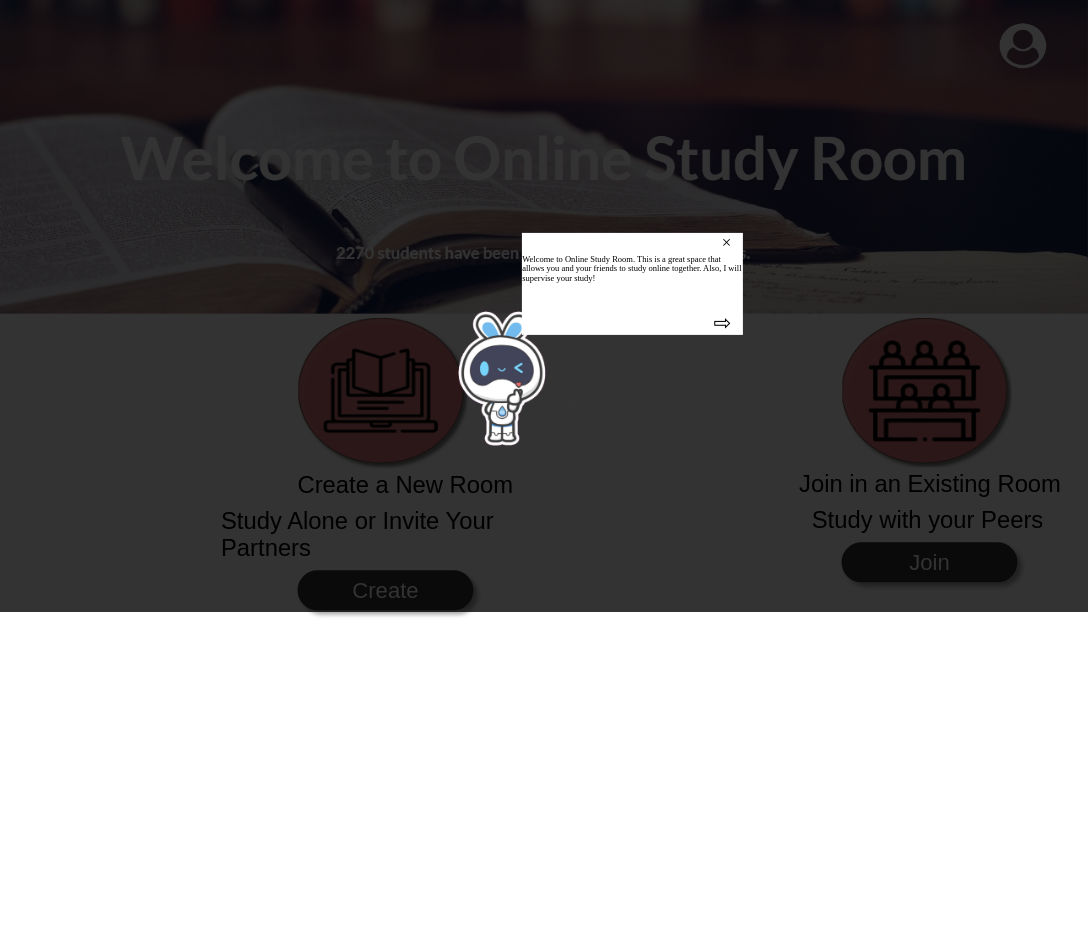
Repository: Team-Extrememe/Online-Study-Room
Page: home.html
An editor plug-in stored every save of this project. The page is shown before and after a run of saves, followed by the edit.
The browser window is 1280 px wide. The pictures show the whole page, at 85% of full size.

Above is the page before, as saved 2021-10-06 13:45:26.
Console error: TypeError: Cannot set properties of null (setting 'onclick')

After the next 2 saves:
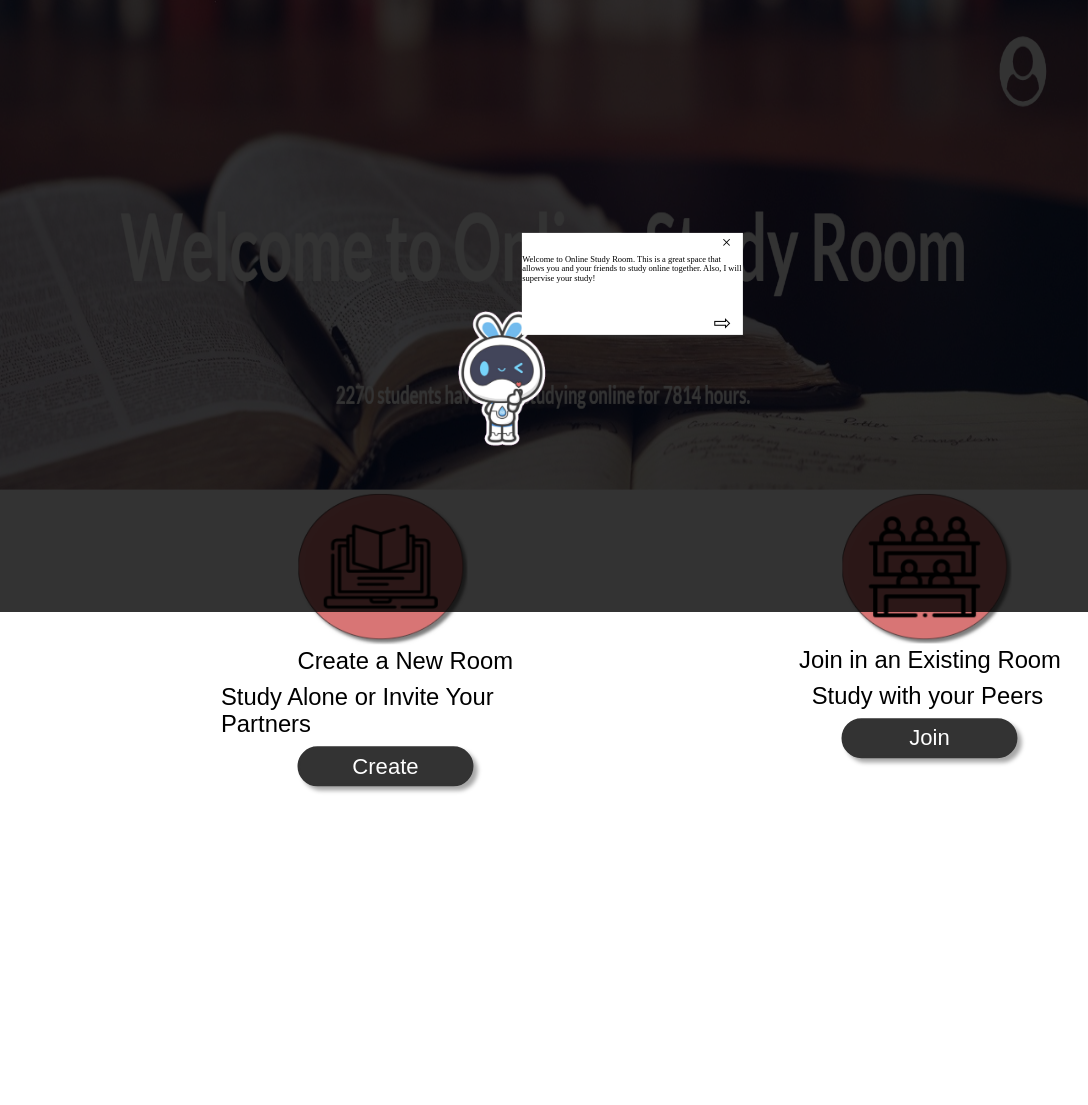
The 2 saves are shown as one change because they came seconds apart.
The last was saved 2 min 33 s later.
--- a/css/style.css
+++ b/css/style.css
@@ -137,6 +137,7 @@ input[type="submit"]:hover{
 
 .home{
     width: 100%;
+    height: 36em;
 }
 
 .account{
